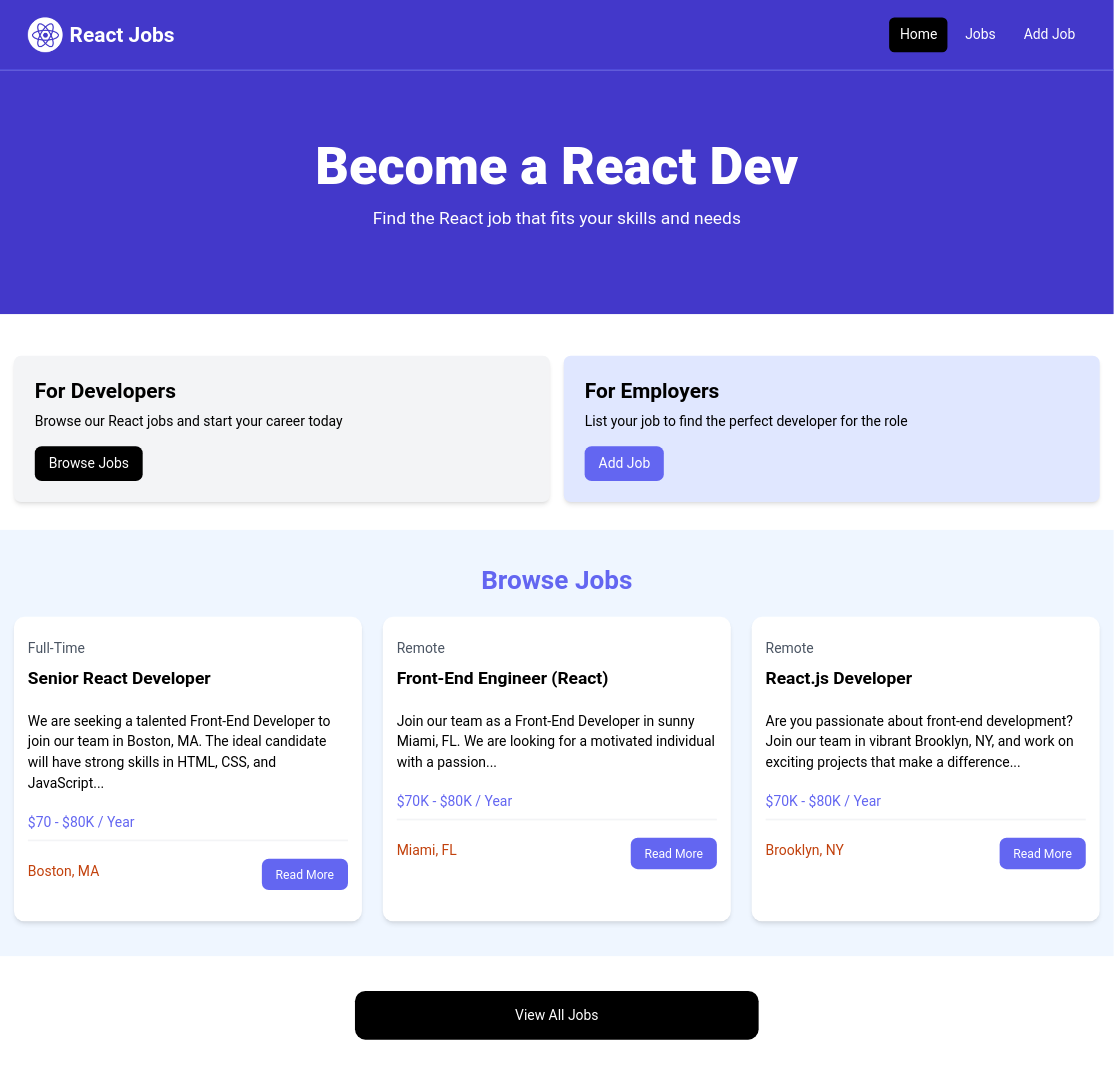
Repository: Geohot-2020/React_setup
Page: / (app in react-crash-2024/)
These files come from the project's save history. The page is drawn as it stood at one moment and after the next save; the edit follows.
The browser window is 1280 px wide. The pictures show the whole page, at 87% of full size.
The project was rebuilt for these pictures with package versions that can differ from the ones it lists, and the page was loaded fresh each time. Also part of the build but not shown: react-crash-2024/vite.config.js.

Above is the page before, as saved 2024-11-13 15:18:25.

### react-crash-2024/src/App.jsx
import React from 'react'
import Navbar from './components/Navbar'
Navbar
const App = () => {
  return (
    <>
      <Navbar />


    {/* <!-- Hero --> */}
    <section className="bg-indigo-700 py-20 mb-4">
      <div
        className="max-w-7xl mx-auto px-4 sm:px-6 lg:px-8 flex flex-col items-center"
      >
        <div className="text-center">
          <h1
            className="text-4xl font-extrabold text-white sm:text-5xl md:text-6xl"
          >
            Become a React Dev
          </h1>
          <p className="my-4 text-xl text-white">
            Find the React job that fits your skills and needs
          </p>
        </div>
      </div>
    </section>

    {/* <!-- Developers and Employers --> */}
    <section className="py-4">
      <div className="container-xl lg:container m-auto">
        <div className="grid grid-cols-1 md:grid-cols-2 gap-4 p-4 rounded-lg">
          <div className="bg-gray-100 p-6 rounded-lg shadow-md">
            <h2 className="text-2xl font-bold">For Developers</h2>
            <p className="mt-2 mb-4">
              Browse our React jobs and start your career today
            </p>
            <a
              href="/jobs.html"
              className="inline-block bg-black text-white rounded-lg px-4 py-2 hover:bg-gray-700"
            >
              Browse Jobs
            </a>
          </div>
          <div className="bg-indigo-100 p-6 rounded-lg shadow-md">
            <h2 className="text-2xl font-bold">For Employers</h2>
            <p className="mt-2 mb-4">
              List your job to find the perfect developer for the role
            </p>
            <a
              href="/add-job.html"
              className="inline-block bg-indigo-500 text-white rounded-lg px-4 py-2 hover:bg-indigo-600"
            >
              Add Job
            </a>
          </div>
        </div>
      </div>
    </section>

    {/* <!-- Browse Jobs --> */}
    <section className="bg-blue-50 px-4 py-10">
      <div className="container-xl lg:container m-auto">
        <h2 className="text-3xl font-bold text-indigo-500 mb-6 text-center">
          Browse Jobs
        </h2>
        <div className="grid grid-cols-1 md:grid-cols-3 gap-6">
          {/* <!-- Job Listing 1 --> */}
          <div className="bg-white rounded-xl shadow-md relative">
            <div className="p-4">
              <div className="mb-6">
                <div className="text-gray-600 my-2">Full-Time</div>
                <h3 className="text-xl font-bold">Senior React Developer</h3>
              </div>

              <div className="mb-5">
               We are seeking a talented Front-End Developer to join our team in Boston, MA. The ideal candidate will have strong skills in HTML, CSS, and JavaScript...
              </div>

              <h3 className="text-indigo-500 mb-2">$70 - $80K / Year</h3>

              <div className="border border-gray-100 mb-5"></div>

              <div className="flex flex-col lg:flex-row justify-between mb-4">
                <div className="text-orange-700 mb-3">
                  <i className="fa-solid fa-location-dot text-lg"></i>
                  Boston, MA
                </div>
                <a
                  href="job.html"
                  className="h-[36px] bg-indigo-500 hover:bg-indigo-600 text-white px-4 py-2 rounded-lg text-center text-sm"
                >
                 Read More
                </a>
              </div>
            </div>
          </div>
          {/* <!-- Job Listing 2 --> */}
          <div className="bg-white rounded-xl shadow-md relative">
            <div className="p-4">
              <div className="mb-6">
                <div className="text-gray-600 my-2">Remote</div>
                <h3 className="text-xl font-bold">Front-End Engineer (React)</h3>
              </div>

              <div className="mb-5">
               Join our team as a Front-End Developer in sunny Miami, FL. We are looking for a motivated individual with a passion...
              </div>

              <h3 className="text-indigo-500 mb-2">$70K - $80K / Year</h3>

              <div className="border border-gray-100 mb-5"></div>

              <div className="flex flex-col lg:flex-row justify-between mb-4">
                <div className="text-orange-700 mb-3">
                  <i className="fa-solid fa-location-dot text-lg"></i>
                  Miami, FL
                </div>
                <a
                  href="job.html"
                  className="h-[36px] bg-indigo-500 hover:bg-indigo-600 text-white px-4 py-2 rounded-lg text-center text-sm"
                >
                 Read More
                </a>
              </div>
            </div>
          </div>
          {/* <!-- Job Listing 3 --> */}
          <div className="bg-white rounded-xl shadow-md relative">
            <div className="p-4">
              <div className="mb-6">
                <div className="text-gray-600 my-2">Remote</div>
                <h3 className="text-xl font-bold">React.js Developer</h3>
              </div>

              <div className="mb-5">
                Are you passionate about front-end development? Join our team in vibrant Brooklyn, NY, and work on exciting projects that make a difference...
              </div>

              <h3 className="text-indigo-500 mb-2">$70K - $80K / Year</h3>

              <div className="border border-gray-100 mb-5"></div>

              <div className="flex flex-col lg:flex-row justify-between mb-4">
                <div className="text-orange-700 mb-3">
                  <i className="fa-solid fa-location-dot text-lg"></i>
                  Brooklyn, NY
                </div>
                <a
                  href="job.html"
                  className="h-[36px] bg-indigo-500 hover:bg-indigo-600 text-white px-4 py-2 rounded-lg text-center text-sm"
                >
                 Read More
                </a>
              </div>
            </div>
          </div>
        </div>
      </div>
    </section>

    <section className="m-auto max-w-lg my-10 px-6">
      <a
        href="jobs.html"
        className="block bg-black text-white text-center py-4 px-6 rounded-xl hover:bg-gray-700"
        >View All Jobs</a
      >
    </section>
    </>
  )
}

export default App

### react-crash-2024/src/components/Navbar.jsx
import React from 'react'
import logo from '../assets/images/logo.png'
const Navbar = () => {
    return (
        <nav className="bg-indigo-700 border-b border-indigo-500">
            <div className="mx-auto max-w-7xl px-2 sm:px-6 lg:px-8">
                <div className="flex h-20 items-center justify-between">
                    <div
                        className="flex flex-1 items-center justify-center md:items-stretch md:justify-start"
                    >
                        {/* <!-- Logo --> */}
                        <a className="flex flex-shrink-0 items-center mr-4" href="/index.html">
                            <img
                                className="h-10 w-auto"
                                src={logo}
                                alt="React Jobs"
                            />
                            <span className="hidden md:block text-white text-2xl font-bold ml-2"
                            >React Jobs</span
                            >
                        </a>
                        <div className="md:ml-auto">
                            <div className="flex space-x-2">
                                <a
                                    href="/index.html"
                                    className="text-white bg-black hover:bg-gray-900 hover:text-white rounded-md px-3 py-2"
                                >Home</a
                                >
                                <a
                                    href="/jobs.html"
                                    className="text-white hover:bg-gray-900 hover:text-white rounded-md px-3 py-2"
                                >Jobs</a
                                >
                                <a
                                    href="/add-job.html"
                                    className="text-white hover:bg-gray-900 hover:text-white rounded-md px-3 py-2"
                                >Add Job</a
                                >
                            </div>
                        </div>
                    </div>
                </div>
            </div>
        </nav>
    )
}

export default Navbar

### react-crash-2024/tailwind.config.js
/** @type {import('tailwindcss').Config} */
export default {
  content: [
    "./index.html",
    "./src/**/*.{js,ts,jsx,tsx}",
  ],
  theme: {
    extend: {
      fontFamily: {
        sans: ['Roboto', 'sans-serif'],
      },
      gridTemplateColumns: {
        '70/30': '70% 28%',
      },
    },
  },
  plugins: [],
}

Loaded but not shown: react-crash-2024/index.html (common file); react-crash-2024/src/main.jsx (common file); react-crash-2024/src/index.css (common file)

After the next save:
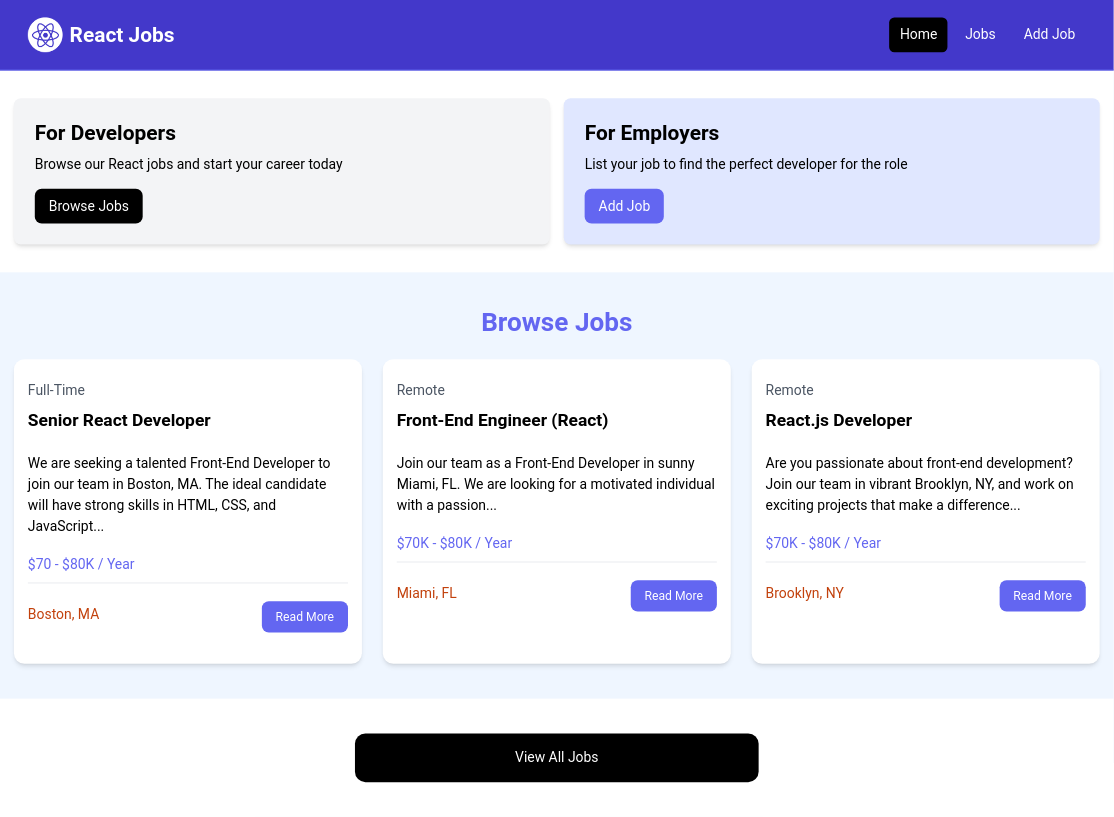
Saved 29 s later.
--- a/react-crash-2024/src/App.jsx
+++ b/react-crash-2024/src/App.jsx
@@ -8,22 +8,7 @@ const App = () => {
 
 
     {/* <!-- Hero --> */}
-    <section className="bg-indigo-700 py-20 mb-4">
-      <div
-        className="max-w-7xl mx-auto px-4 sm:px-6 lg:px-8 flex flex-col items-center"
-      >
-        <div className="text-center">
-          <h1
-            className="text-4xl font-extrabold text-white sm:text-5xl md:text-6xl"
-          >
-            Become a React Dev
-          </h1>
-          <p className="my-4 text-xl text-white">
-            Find the React job that fits your skills and needs
-          </p>
-        </div>
-      </div>
-    </section>
+
 
     {/* <!-- Developers and Employers --> */}
     <section className="py-4">
